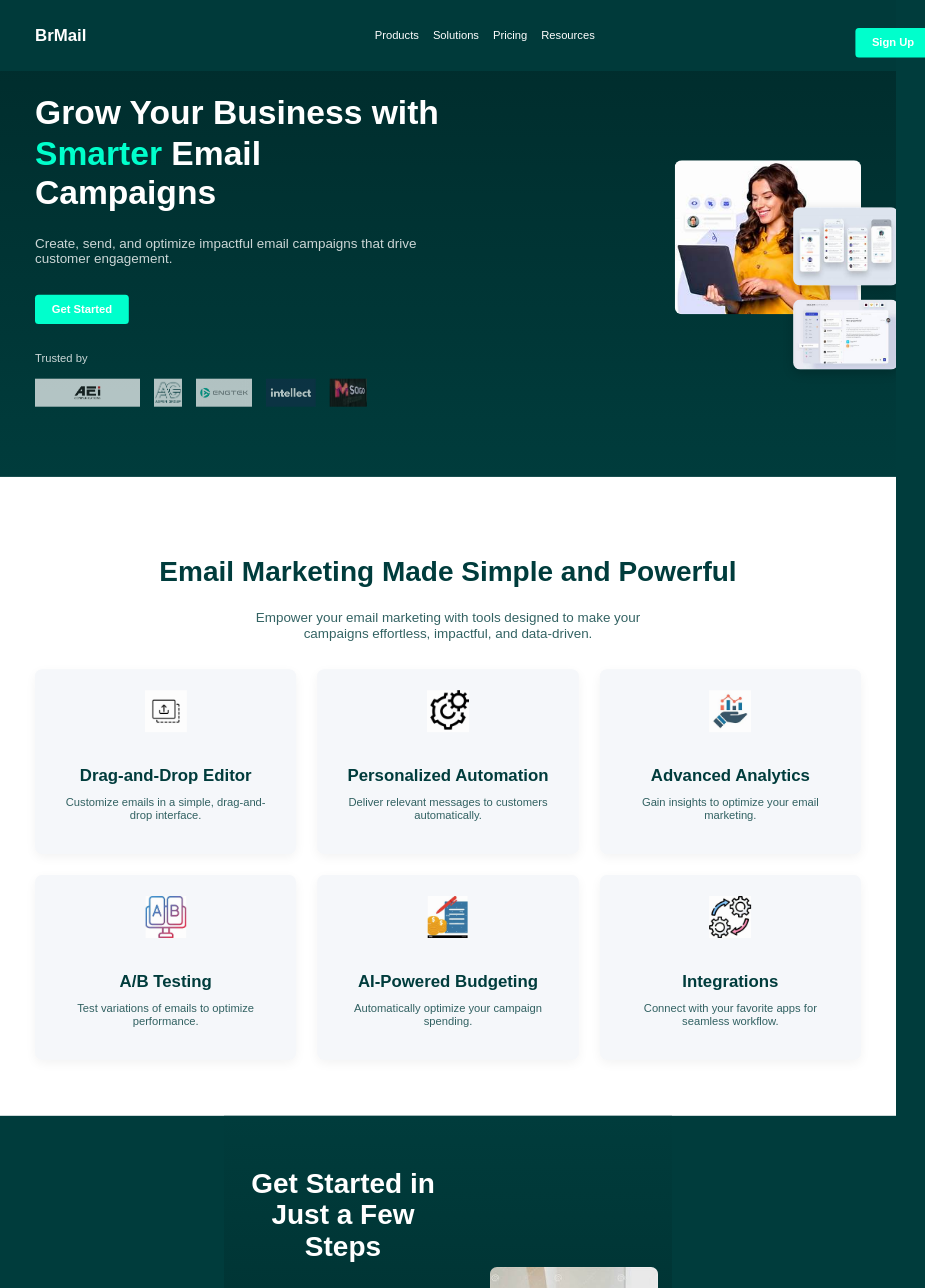
Repository: Patience225/email-marketing
Page: index.html
An editor plug-in stored every save of this project. The page is shown before and after the next save, followed by the edit.
The browser window is 1280 px wide. The page is 1280 px wide, then 1321 px, then 1280 px, so the pictures cover 1321 px, including what lies to the right of the window. The pictures show the part of the page from y = 0 to 1840 px (the page is 4706 px tall before and 4397 px after), at 70% of full size.

Above is the page before, as saved 2025-01-29 18:31:52.
Console error: TypeError: Cannot read properties of null (reading 'addEventListener')

After the next save:
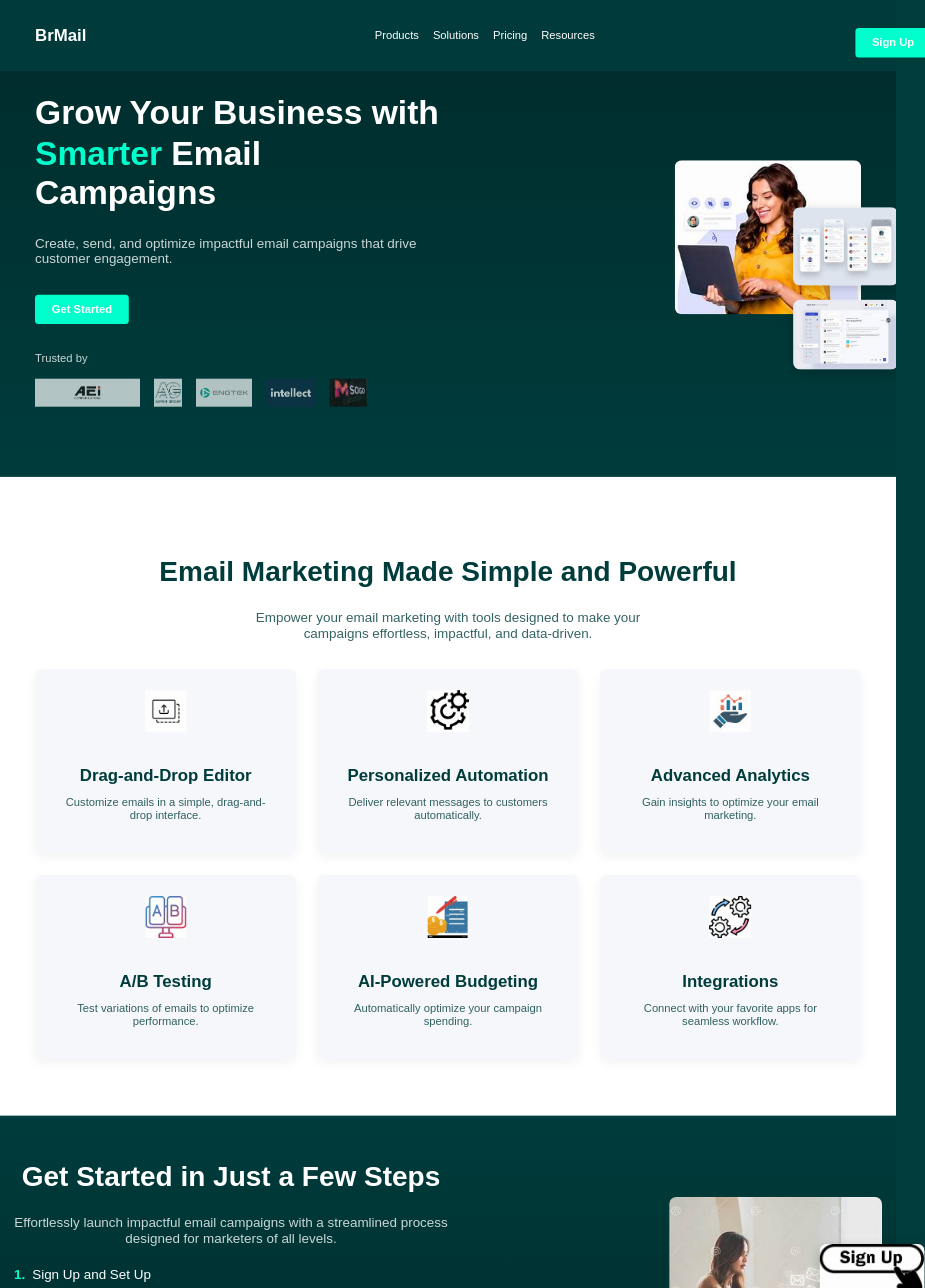
Saved 2 min 22 s later.
--- a/styles.css
+++ b/styles.css
@@ -636,13 +636,6 @@
   }
 }
 
-.get-started {
-  max-width: 600px;
-  margin: 0 auto;
-  text-align: center;
-  padding: 40px 20px;
-}
-
 .get-started h2 {
   font-size: 2.5rem;
   font-weight: bold;

After the save that followed:
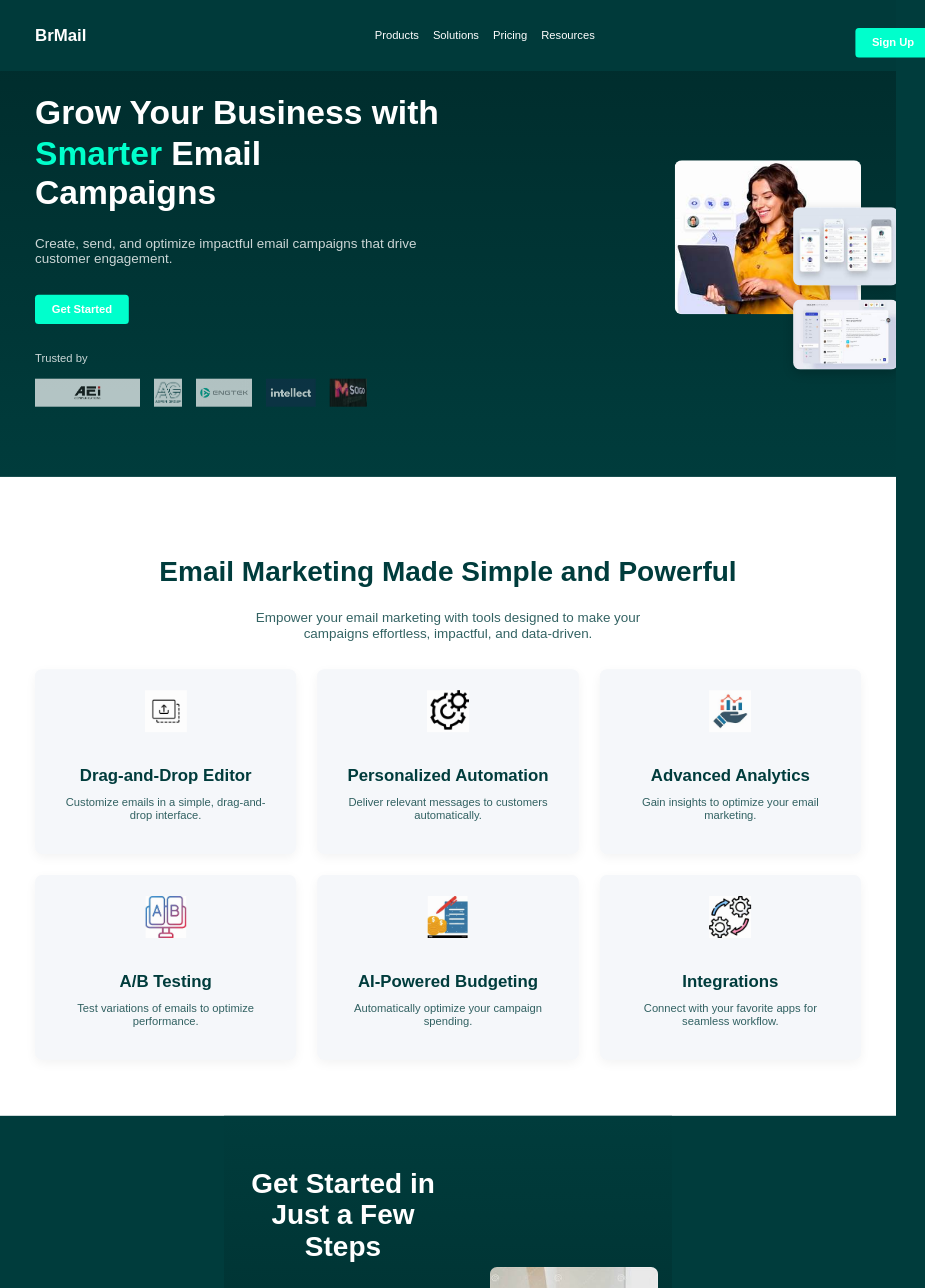
Saved 73 s later.
--- a/styles.css
+++ b/styles.css
@@ -636,50 +636,57 @@
   }
 }
 
+.get-started {
+    max-width: 600px;
+    margin: 0 auto;
+    text-align: center;
+    padding: 40px 20px;
+}
+
 .get-started h2 {
-  font-size: 2.5rem;
-  font-weight: bold;
+    font-size: 2.5rem;
+    font-weight: bold;
 }
 
 .get-started p {
-  font-size: 1.2rem;
-  opacity: 0.8;
-  margin: 15px 0 30px;
+    font-size: 1.2rem;
+    opacity: 0.8;
+    margin: 15px 0 30px;
 }
 
 /* Form */
 .get-started-form {
-  display: flex;
-  flex-direction: column;
-  gap: 10px;
-  max-width: 400px;
-  margin: 0 auto;
+    display: flex;
+    flex-direction: column;
+    gap: 10px;
+    max-width: 400px;
+    margin: 0 auto;
 }
 
 .get-started-form input {
-  padding: 12px;
-  font-size: 1rem;
-  border: 2px solid #003C3C;
-  border-radius: 5px;
-  outline: none;
+    padding: 12px;
+    font-size: 1rem;
+    border: 2px solid #003C3C;
+    border-radius: 5px;
+    outline: none;
 }
 
 .get-started-form button {
-  padding: 12px 20px;
-  background: #003C3C;
-  color: white;
-  font-size: 1rem;
-  font-weight: bold;
-  border: none;
-  border-radius: 5px;
-  cursor: pointer;
-  transition: 0.3s;
+    padding: 12px 20px;
+    background: #003C3C;
+    color: white;
+    font-size: 1rem;
+    font-weight: bold;
+    border: none;
+    border-radius: 5px;
+    cursor: pointer;
+    transition: 0.3s;
 }
 
 .get-started-form button:hover {
-  background: white;
-  color: #003C3C;
-  border: 2px solid #003C3C;
+    background: white;
+    color: #003C3C;
+    border: 2px solid #003C3C;
 }
 
 /* Footer Section */
